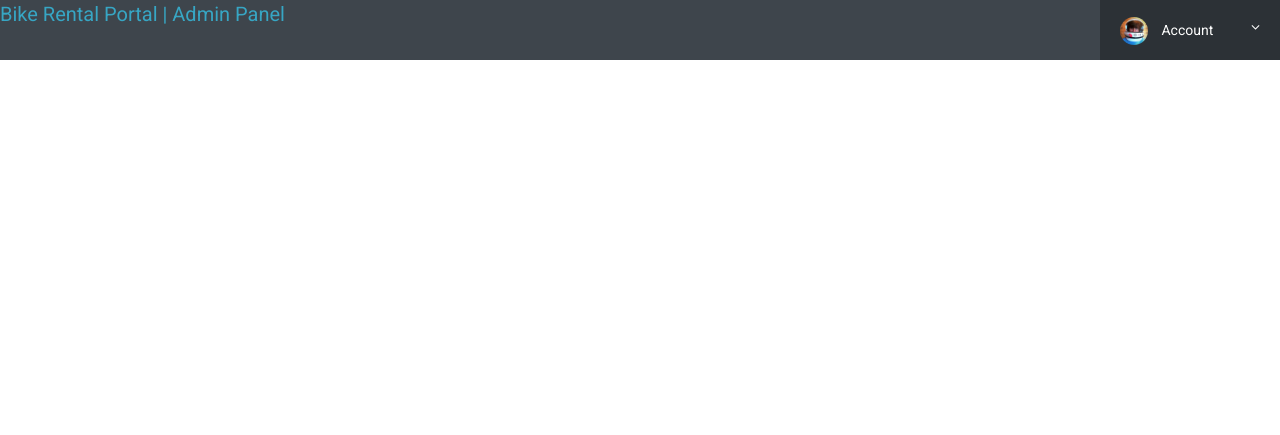
Repository: Het95/Bike-Rental-JSP
Page: http://localhost/AJOep/admin/dashboard.jsp
These files come from the project's save history. The page is drawn as it stood at one moment and after the next save; the edit follows.
The browser window is 1280 px wide. The pictures show the whole page.
The page is served by Tomcat 9.

Above is the page before, as saved 2020-06-01 08:31:27.

After the next save:
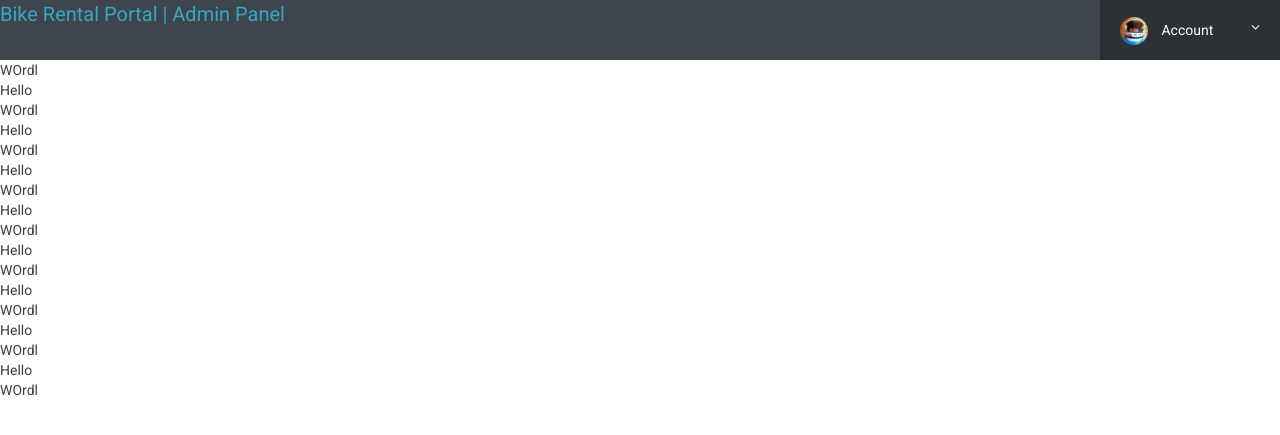
Saved 24 s later.
--- a/AJOep/WebContent/admin/dashboard.jsp
+++ b/AJOep/WebContent/admin/dashboard.jsp
@@ -43,6 +43,24 @@
 	<ul>
 		<li> Hello </li>
 		<li> WOrdl </li>
+		<li> Hello </li>
+		<li> WOrdl </li>
+		<li> Hello </li>
+		<li> WOrdl </li>
+		<li> Hello </li>
+		<li> WOrdl </li>
+		<li> Hello </li>
+		<li> WOrdl </li>
+		<li> Hello </li>
+		<li> WOrdl </li>
+		<li> Hello </li>
+		<li> WOrdl </li>
+		<li> Hello </li>
+		<li> WOrdl </li>
+		<li> Hello </li>
+		<li> WOrdl </li>
+		<li> Hello </li>
+		<li> WOrdl </li>
 	</ul>
 
 	<!-- Loading Scripts -->
